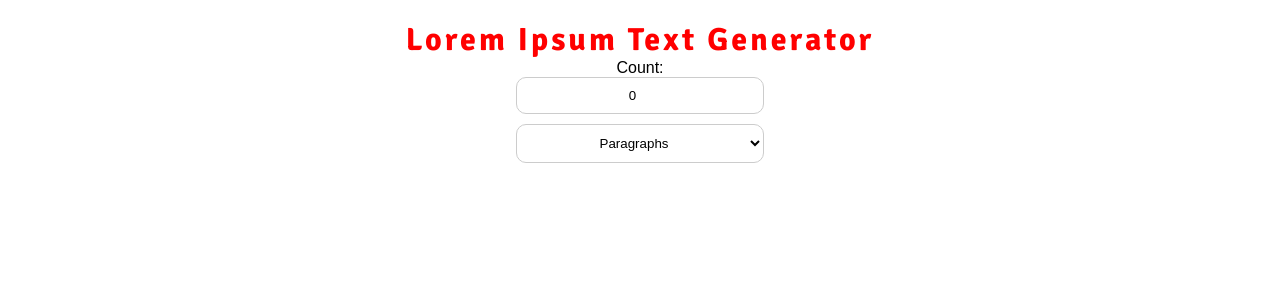
Repository: sriram1224/lorem-generator
Page: /
These files come from the project's save history. The page is drawn as it stood at one moment and after the next save; the edit follows.
The browser window is 1280 px wide. The pictures show the whole page.
The project was rebuilt for these pictures with package versions that can differ from the ones it lists, and the page was loaded fresh each time.

Above is the page before, as saved 2024-03-11 22:00:32.

After the next save:
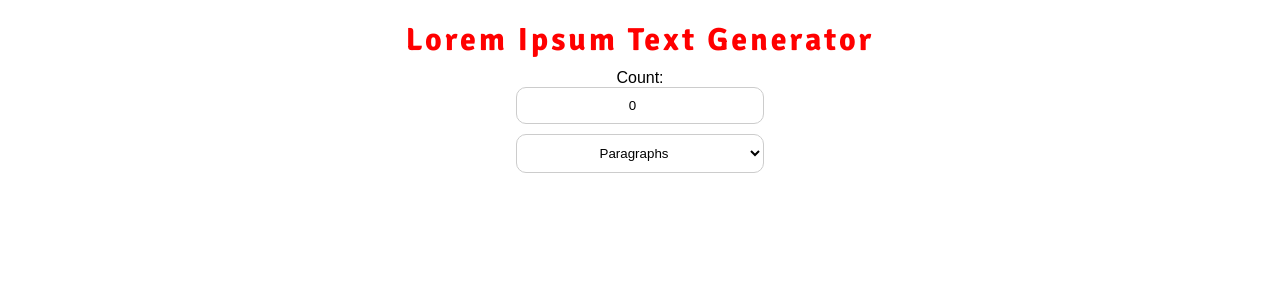
Saved 11 s later.
--- a/src/Components/lorem.css
+++ b/src/Components/lorem.css
@@ -77,5 +77,6 @@ button:hover {
 .heading h1{
 font-family: "Signika", sans-serif;
 letter-spacing: 3px;
- color:red
+ color:red;
+ margin-bottom: 10px;
 }
